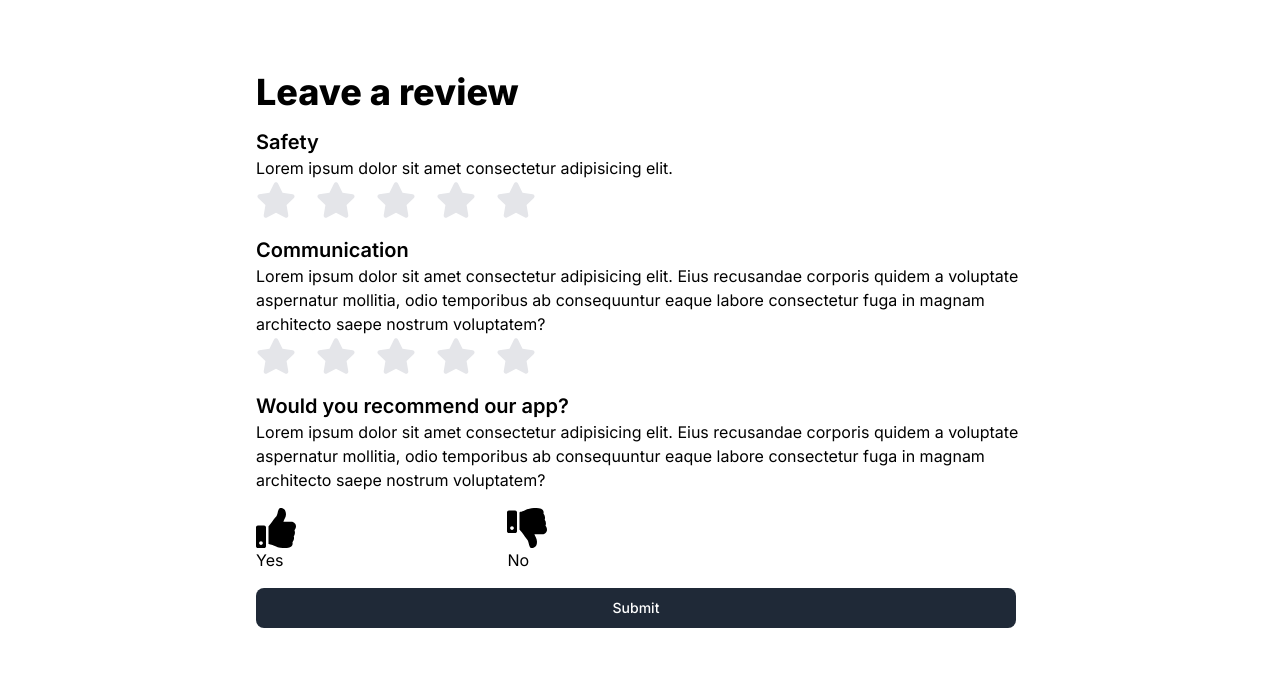
Repository: akankshaajoshi/review-form
Page: /review
These files come from the project's save history. The page is drawn as it stood at one moment and after the next save; the edit follows.
The browser window is 1280 px wide. The pictures show the whole page.
The project was rebuilt for these pictures with package versions that can differ from the ones it lists, and the page was loaded fresh each time. The framework's server and built-in components were replaced by stand-ins that run in the browser. Also part of the build but not shown: next.config.mjs.

Above is the page before, as saved 2024-05-25 13:25:07.

After the next save:
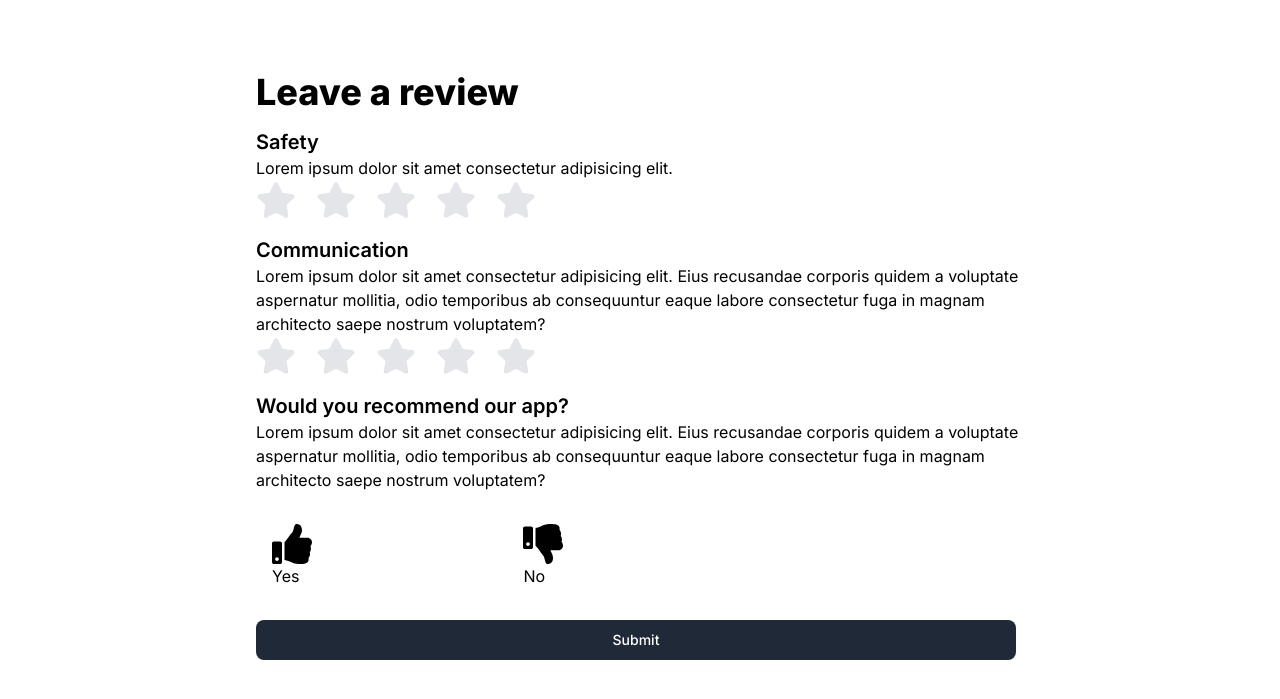
Saved 11 s later.
--- a/app/_components/TrueOrFalse/index.tsx
+++ b/app/_components/TrueOrFalse/index.tsx
@@ -7,7 +7,7 @@ interface TrueOrFalseProps {
 const TrueOrFalse : React.FC<TrueOrFalseProps> = ({name}) =>{
     return (
         <div className="flex flex-row gap-x-4 pt-4">
-            <label className="w-[30%] rounded-md mr-[5px]">
+            <label className="w-[30%] rounded-md mr-[5px] p-4">
             <input type="radio" name={name}
             className="hidden"
             value="true">
@@ -16,7 +16,7 @@ const TrueOrFalse : React.FC<TrueOrFalseProps> = ({name}) =>{
             ></FaThumbsUp>
             Yes
           </label>
-          <label className="w-[30%] rounded-md mr-[5px]">
+          <label className="w-[30%] rounded-md mr-[5px] p-4">
             <input type="radio" name={name}
             className="hidden"
             value="false">
